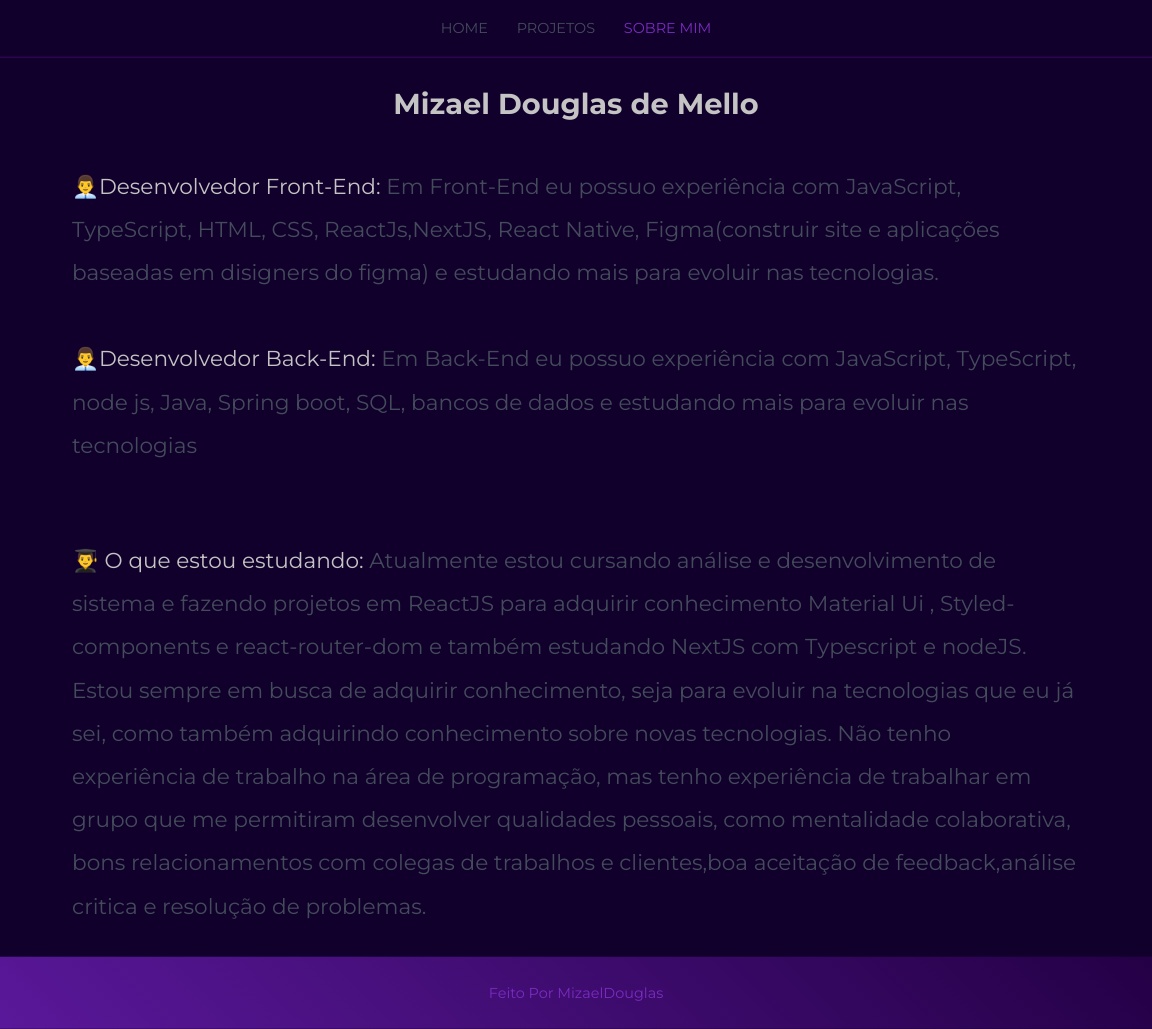
Repository: Mizaeldouglas/New-Portifolio
Page: /sobre
These files come from the project's save history. The page is drawn as it stood at one moment and after the next save; the edit follows.
The browser window is 1280 px wide. The pictures show the whole page, at 90% of full size.
The project was rebuilt for these pictures with package versions that can differ from the ones it lists, and the page was loaded fresh each time. The framework's server and built-in components were replaced by stand-ins that run in the browser. Also part of the build but not shown: next.config.js.

Above is the page before, as saved 2022-07-05 20:51:05.

After the next save:
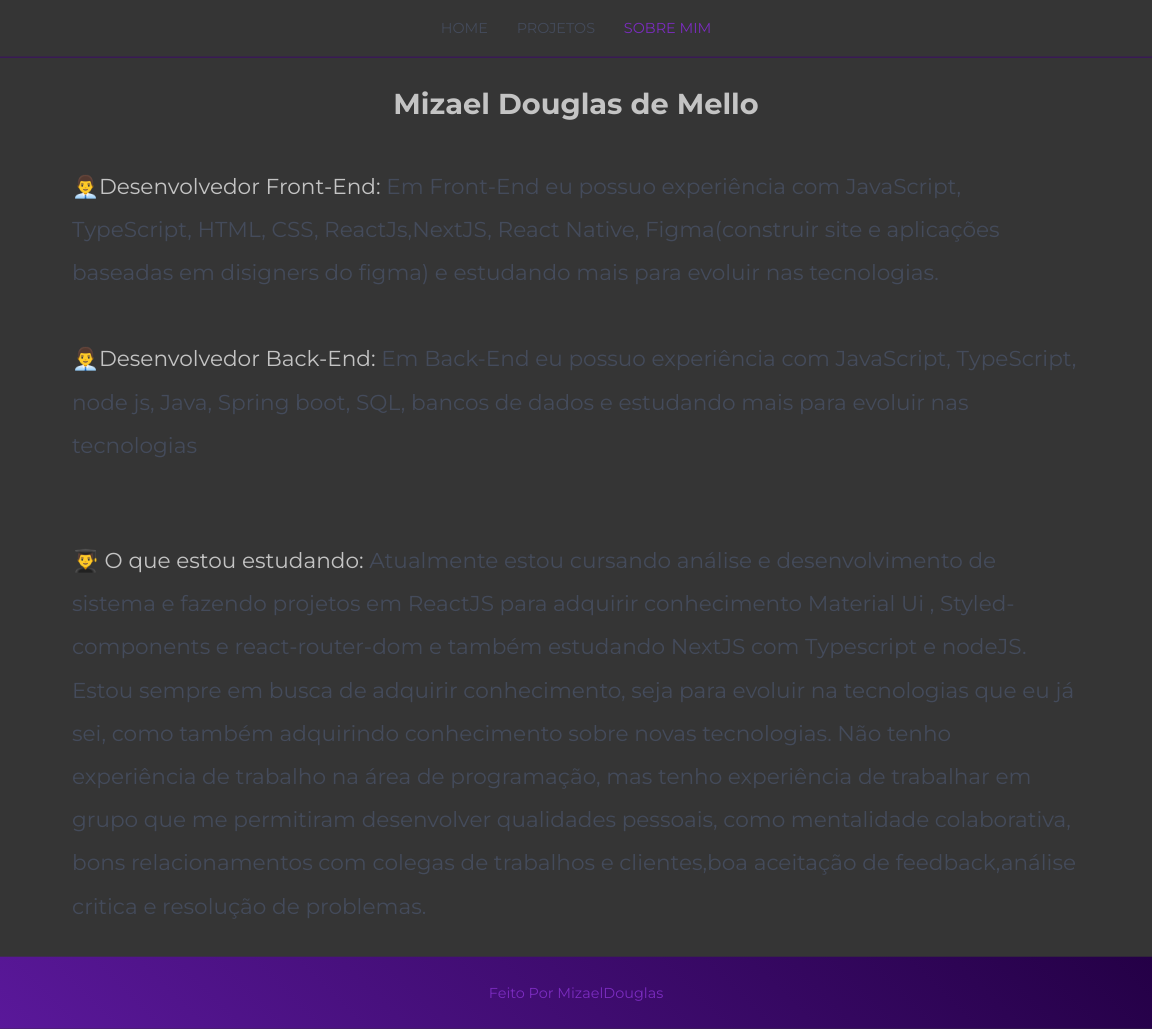
Saved 27 s later.
--- a/src/styles/theme.ts
+++ b/src/styles/theme.ts
@@ -1,5 +1,5 @@
 const theme = {
-  background: '#10002b',
+  background: '#353535',
   backgroundLight: '#3c096c',
   primary: '#7b2cbf',
   secondary: '#5a189a',
